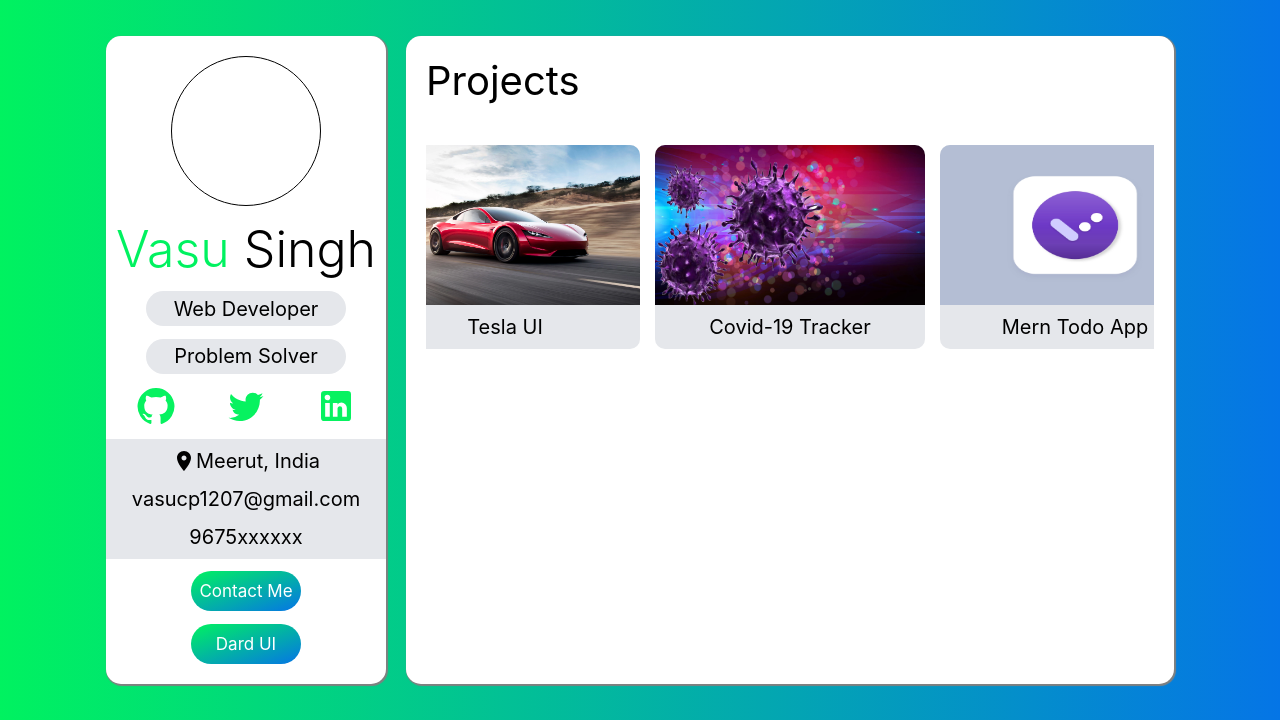
Repository: vasucp1207/grid-port
Page: /projects
These files come from the project's save history. The page is drawn as it stood at one moment and after the next save; the edit follows.
The browser window is 1280 px wide. The pictures show the whole page.
Pictures or frames that could not be fetched are drawn as grey boxes. Some web fonts or font styles are not loaded; a fallback is used. The project was rebuilt for these pictures with package versions that can differ from the ones it lists, and the page was loaded fresh each time. Also part of the build but not shown: src/components/ProgressBar.js, src/components/Right.js, src/pages/AboutMe.js, src/pages/Home.js.

Above is the page before, as saved 2022-08-18 22:16:35.

After the next save:
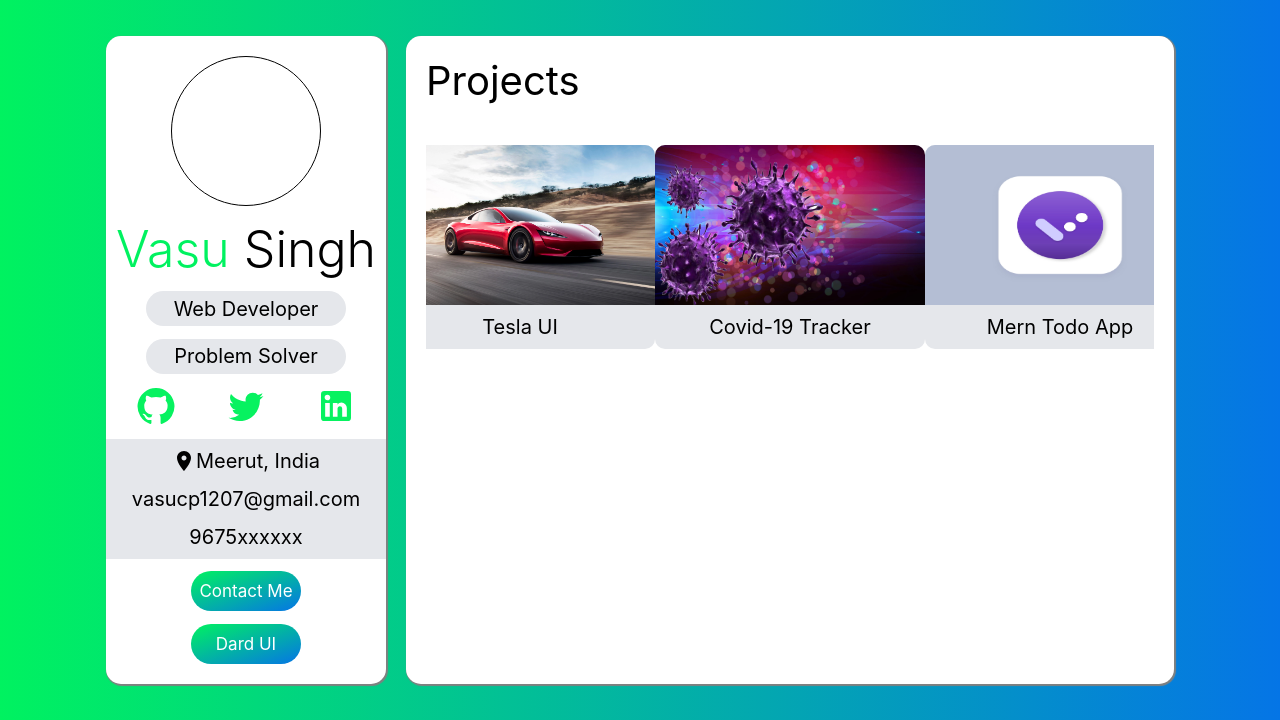
Saved 7 s later.
--- a/src/pages/Projects.js
+++ b/src/pages/Projects.js
@@ -70,7 +70,7 @@
 
   .projects{
     display: flex;
-
+    colw
     gap: 15px;
     justify-content: center;
     align-items: center;
